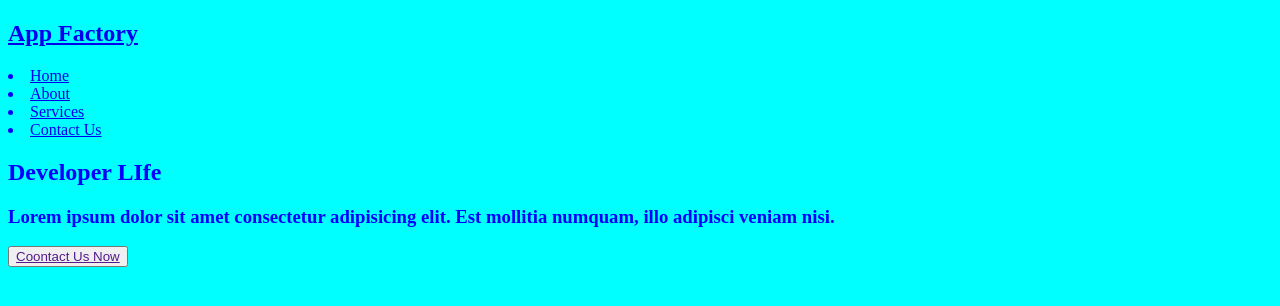
Repository: Samkiroko/app_factort_project_1
Page: index.html
The author's editor kept a copy of each file at every save. The page is drawn from the files as they stood at one save, then again after the next save.
The browser window is 1280 px wide. The pictures show the whole page.

Above is the page before, as saved 2023-02-03 16:00:05.

After the next save:
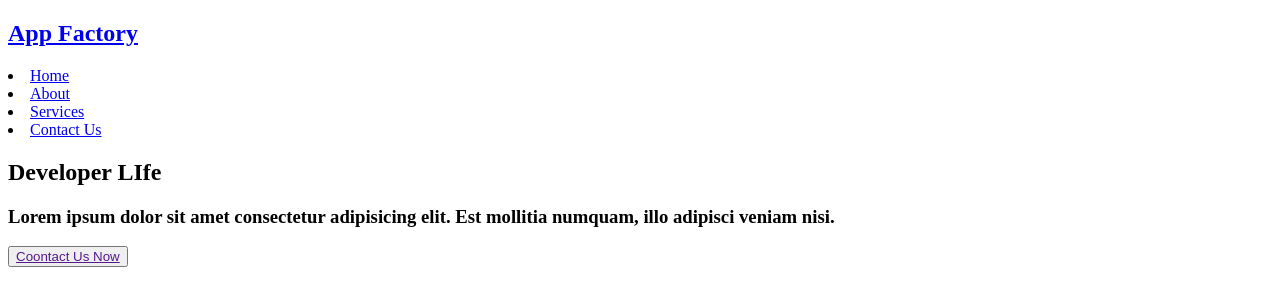
Saved 21 s later.
--- a/index.html
+++ b/index.html
@@ -5,12 +5,7 @@
     <meta http-equiv="X-UA-Compatible" content="IE=edge" />
     <meta name="viewport" content="width=device-width, initial-scale=1.0" />
     <title>My First Website</title>
-    <style>
-      body{
-       background-color: aqua;
-        color:blue;
-      }
-    </style>
+
   </head>
   <body >
     <header>

After the save that followed:
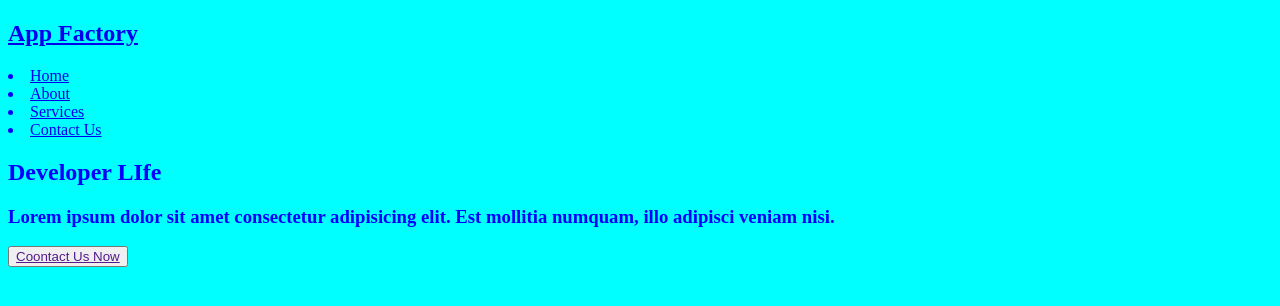
Saved 48 s later.
--- a/index.html
+++ b/index.html
@@ -4,6 +4,7 @@
     <meta charset="UTF-8" />
     <meta http-equiv="X-UA-Compatible" content="IE=edge" />
     <meta name="viewport" content="width=device-width, initial-scale=1.0" />
+    <link rel="stylesheet" href="style.css">
     <title>My First Website</title>
 
   </head>
